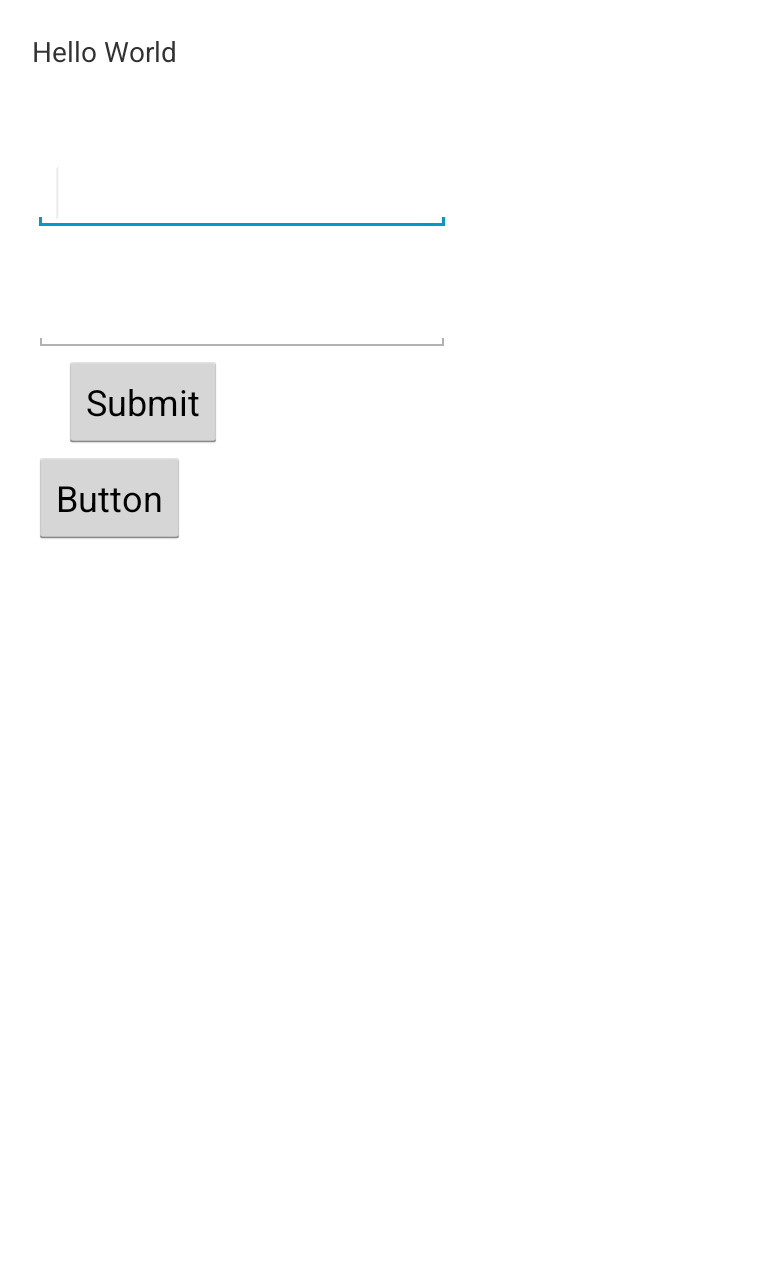
Repository: sbobra/women-startupweekend-sf
Layout: LaundryList/res/layout/activity_login.xml
These files come from the project's save history. The layout is drawn as it stood at one moment and after the next save; the edit follows.
It is drawn on a 768 x 1280 px phone screen (xhdpi) without system bars, with theme AppTheme; the app's code is not run.

Above is the layout before, as saved 2013-09-15 01:13:41.

After the next save:
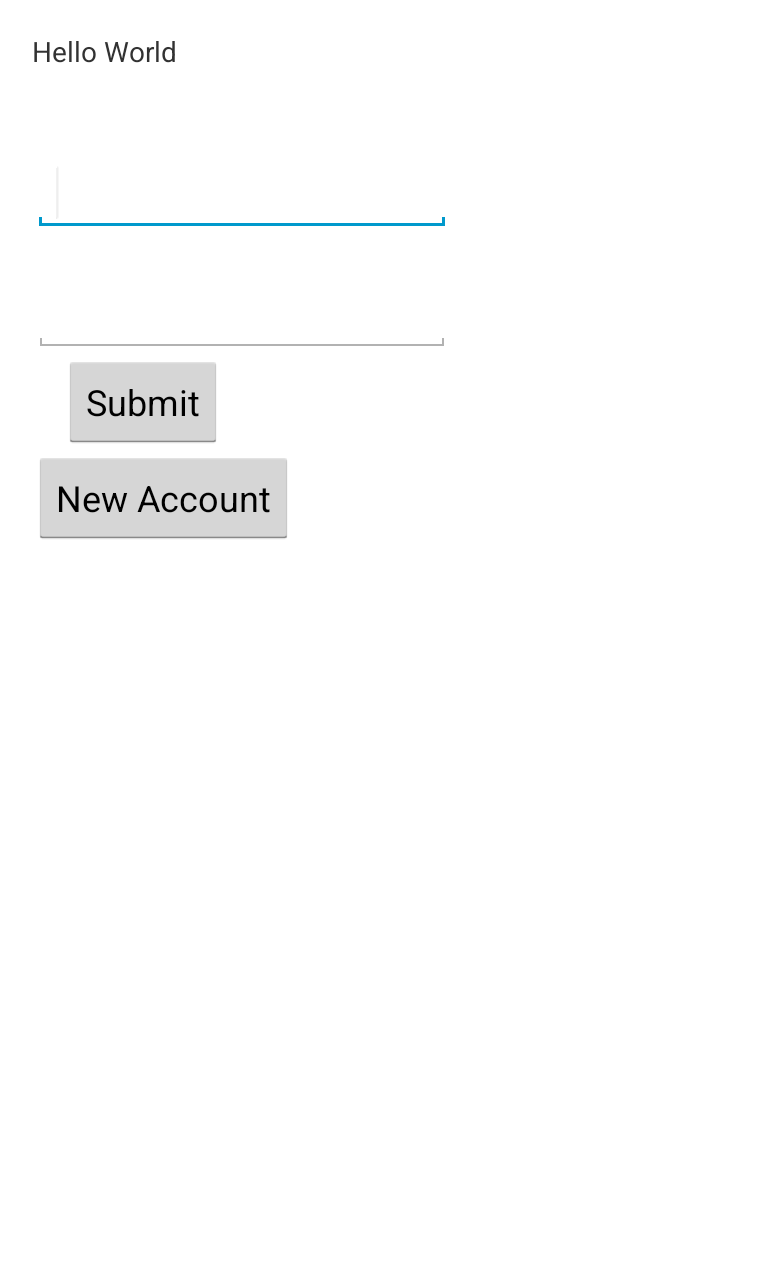
Saved 9 s later.
--- a/LaundryList/res/layout/activity_login.xml
+++ b/LaundryList/res/layout/activity_login.xml
@@ -45,6 +45,6 @@
         android:id="@+id/newAcctButton"
         android:layout_width="wrap_content"
         android:layout_height="wrap_content"
-        android:text="Button" />
+        android:text="New Account" />
 
 </LinearLayout>
